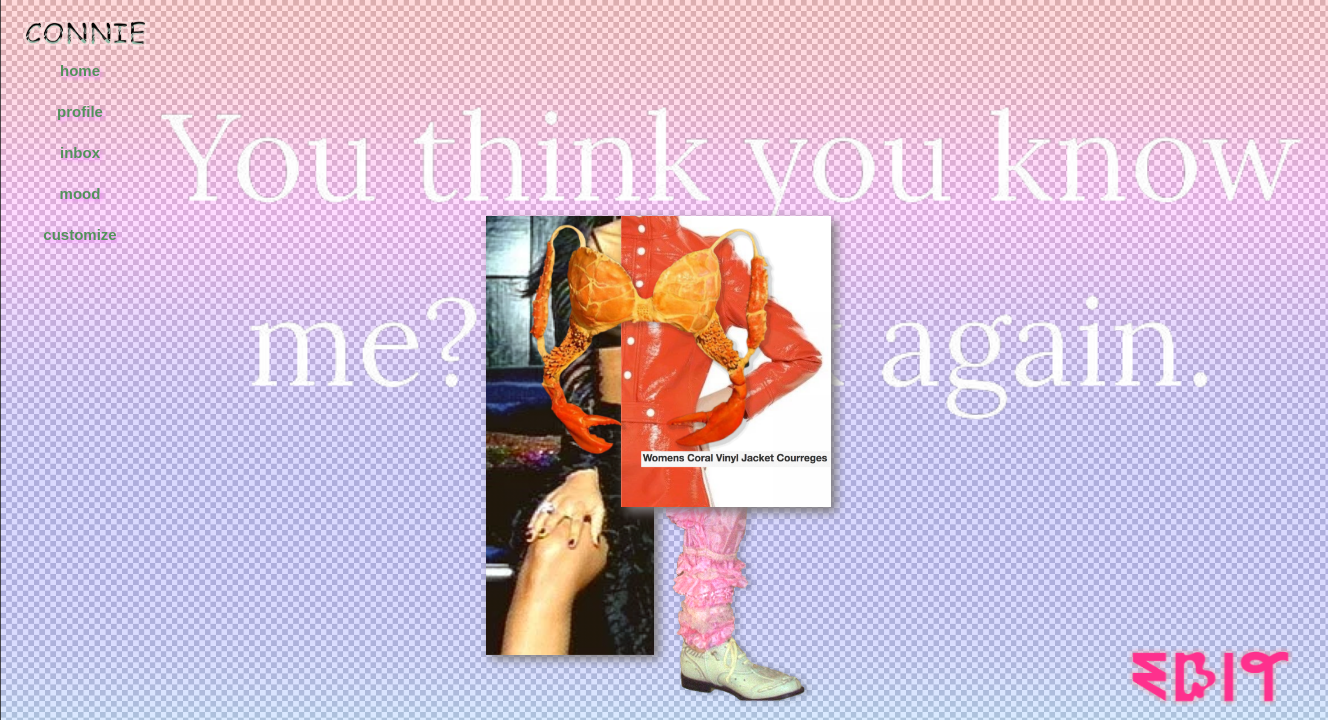
Repository: xuc009/xuc009.github.io
Page: track14/index.html
The author's editor kept a copy of each file at every save. The page is drawn from the files as they stood at one save, then again after the next save.
The browser window is 1280 px wide. The page is 1328 px wide, so the pictures cover 1328 px, including what lies to the right of the window. The pictures show the whole page.
Some web libraries are served in a nearby version.

Above is the page before, as saved 2018-12-08 17:30:57.

### track14/index.html
<!DOCTYPE html>
<html lang="en">
  <head>
    <title>Track 10</title>
    <link rel="shortcut icon" href="" />
    <meta charset="utf-8">
    <meta name="description" content="" />
    <meta property="og:image" content=""/>
    <meta name="viewport" content="width=device-width, initial-scale=1" />
    <script src="https://ajax.googleapis.com/ajax/libs/jquery/3.3.1/jquery.min.js"></script>
    <script src="https://www.w3schools.com/lib/w3.js"></script>
    <link href="assets/css/styles.css" media="all" rel="stylesheet" />
    <meta charset="utf-8" />
    <title>jQuery UI Draggable - Default functionality</title>
    <link rel="stylesheet" href="http://code.jquery.com/ui/1.9.2/themes/base/jquery-ui.css" />
    <script src="http://code.jquery.com/jquery-1.8.3.js"></script>
    <script src="http://code.jquery.com/ui/1.9.2/jquery-ui.js"></script>
    <link href="https://fonts.googleapis.com/css?family=Michroma" rel="stylesheet">
    <style>
    .draggable { width: 0px; height: 0px; padding: 0; }
    </style>
    <script>
    $(function() {
        $( ".draggable" ).draggable();
    });
    </script>

  </head>

  <body>

      <div class="dropdown">
          <button class="dropbtn"><img src="assets/img/conniemenu.gif" width="140px"></button>
          <div class="dropdown-content">
            <a href="#">home</a>
            <a href="#">profile</a>
            <a href="#">inbox</a>
            <a href="#">mood</a>
            <a href="#">customize</a>
          </div>
        </div>

      <div class="edit">
        <a href="https://xuc009.github.io/track10/index.html">
        <img src="assets/img/edit.png" width="300px">
        </a>
      </div>

    <div id="draggable1" class="ui-widget-content draggable tooltip">
        <span class="tooltiptext">id.png</span>
       <img src="assets/img/britney.png" width="1200px">
      </div>

      <div id="draggable2" class="ui-widget-content draggable tooltip">
          <span class="tooltiptext">↗ Aaliyah by me 🔗📹🤗🦋✨ ⬈</span>
        <a href="https://xuc009.github.io/track2/index.html" target="_blank">
          <img src="assets/img/torsob1.png" width="168px">
        </a>
      </div>

      <div id="draggable3" class="ui-widget-content draggable tooltip">
          <span class="tooltiptext">https://goo.gl/MuuDqj</span>
          <a href="https://goo.gl/MuuDqj" target="_blank">
          <img src="assets/img/foot1.png" width="149px">
          </a>
        </div>

     <div id="draggable4" class="ui-widget-content draggable four tooltip">
        <span class="tooltiptext">https://ebay.us/9TBpsq</span>
        <a href="https://ebay.us/9TBpsq" target="_blank">
            <img src="assets/img/torsoa1.png" width="210px">
        </a>
          </div>

      <div id="draggable5" class="ui-widget-content draggable five tooltip">
          <span class="tooltiptext">https://www.instagram.com/p/BoPapCyAAdp/</span>
          <a href="https://www.instagram.com/p/BoPapCyAAdp/" target="_blank">
          <img src="assets/img/bra1.png" width="250px">
          </a>
        </div>









      </div>
    </div>

  </body>
</html>

### track14/assets/css/styles.css
* { box-sizing: border-box; }

body{
	background-color: #ffffff;
	background-image: url('../img/background.png');
	background-size: 1500px;
	margin: 0 auto 0 auto;
	display: inline-block;
    font-size: 0px;
}

.tooltip {
    position: relative;
    display: inline-block;
    border-bottom: 1px dotted black;
}

.tooltip .tooltiptext {
    visibility: hidden;
    /* width: 120px; */
    background-color: #FF308D;
    color: #00E6FF;
    text-align: center;
    padding: 5px 10px;
    font-size:15px;
    font-family: Arial, Helvetica, sans-serif;
    font-weight: 400;

    /* Position the tooltip */
    position: fixed;
    z-index: 1;
    bottom: 0px;
    left:0 ;
}

.tooltip:hover .tooltiptext {
    visibility: visible;
}

a { cursor: move; }

.draggable{
    box-shadow: 5px 5px 10px #000000;
}

#draggable1{
    background: #fff;
    border: none;
    box-shadow: 5px 5px 10px #807d7d;
    cursor: move;
    position: absolute;
    top: 8%;
    left: 10%;
}


#draggable2 {
    width: 168px;
    height: 438.38px;
    border: none;
    box-shadow: 5px 5px 10px #807d7d;
    position: absolute;
    top: 30%;
    left: 38%;
    cursor: move;
}


#draggable3 {
    width: 365px;
    border: none;
    position: absolute;
    top: 65%;
    left: 52%;
    cursor: move;
}



#draggable4{
    position: absolute;
    width: 210px;
    height: 291px;
    top: 30%;
    left: 48.5%;
    cursor: move;
    border: none;
    box-shadow: 5px 5px 10px #807d7d;

}

#draggable5{
    position: absolute;
    top: 31%;
    left: 41%;
    cursor: move;
    border: none;
}

.edit{
    position: fixed;
    bottom:0;
    left: 83%;
    cursor: pointer;
    transition: all 300ms;
}

.edit:hover{
    transform: translateX(3px) translateY(-3px);
    /* transform: scale(1.05); */
}

.dropbtn {
    background-color: Transparent;
    width: 140px;
    height: 26px;
    padding: 16px;
    font-size: 16px;
    border: none;
    outline: none;
}

.dropdown {
    position: relative;
    width: 140px;
    display: inline-block;
}

.dropdown-content {
    display: none;
    position: absolute;
    background-color: transparent;
    min-width: 160px;
    text-shadow: 2px 2px 5px #F48BFF;
    z-index: 1;
    font-size: 15px;
    text-align: center;
    font-family: Arial, Helvetica, sans-serif;
    font-weight: 600;
}

.dropdown-content a {
    color: #52935A;
    padding: 12px 16px;
    text-decoration: none;
    display: block;
}

.dropdown-content a:hover {text-shadow: 2px 2px 5px #54FAFF;}

.dropdown:hover .dropdown-content {display: block;}

.dropdown:hover .dropbtn {background-color: none;}

After the next save:
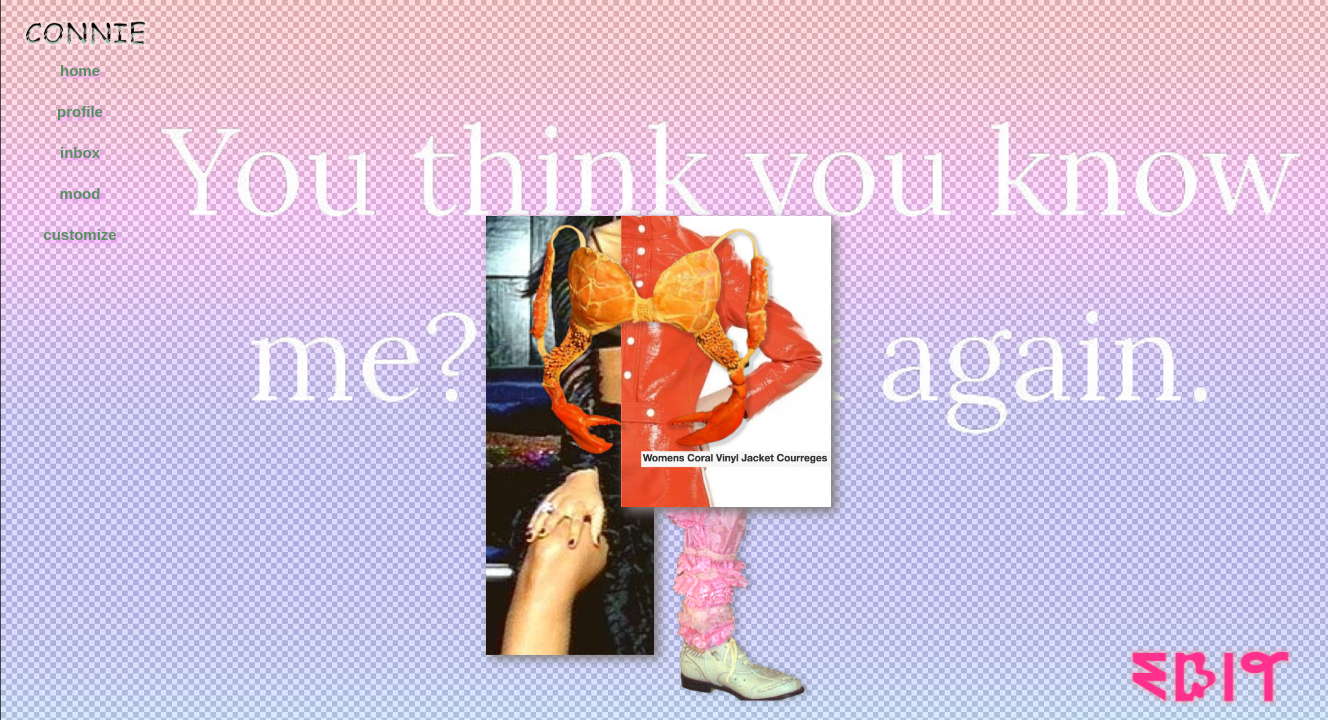
Saved 7 s later.
--- a/track14/assets/css/styles.css
+++ b/track14/assets/css/styles.css
@@ -49,7 +49,7 @@ a { cursor: move; }
     box-shadow: 5px 5px 10px #807d7d;
     cursor: move;
     position: absolute;
-    top: 8%;
+    top: 10%;
     left: 10%;
 }
 
